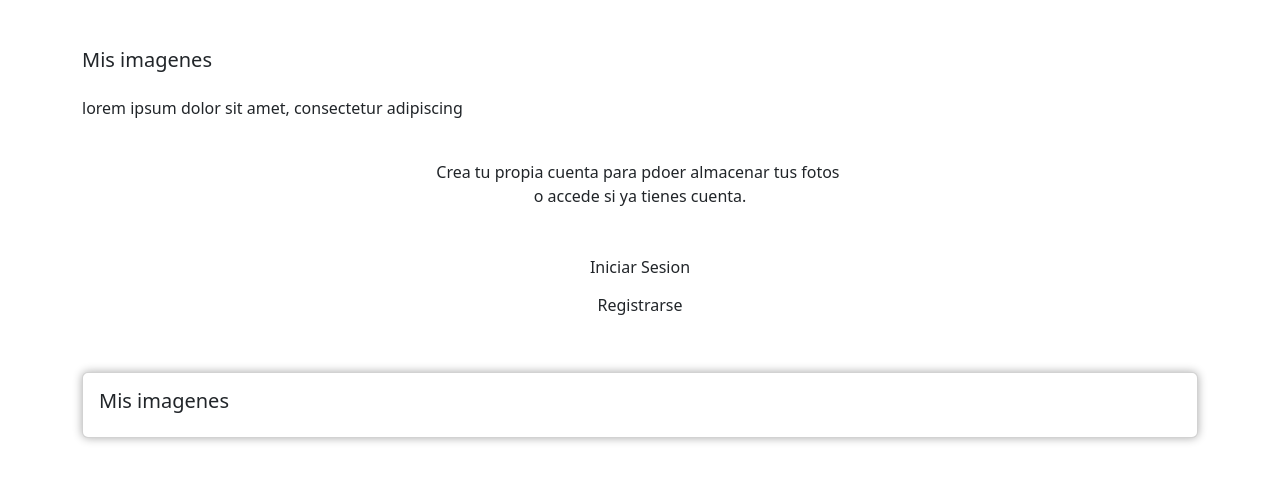
Repository: Davic1o/Fiebaseapp
Page: /
These files come from the project's save history. The page is drawn as it stood at one moment and after the next save; the edit follows.
The browser window is 1280 px wide. The pictures show the whole page.
The project was rebuilt for these pictures with package versions that can differ from the ones it lists, and the page was loaded fresh each time. The framework's server and built-in components were replaced by stand-ins that run in the browser. Also part of the build but not shown: next.config.js.

Above is the page before, as saved 2022-07-28 09:40:16.

After the next save:
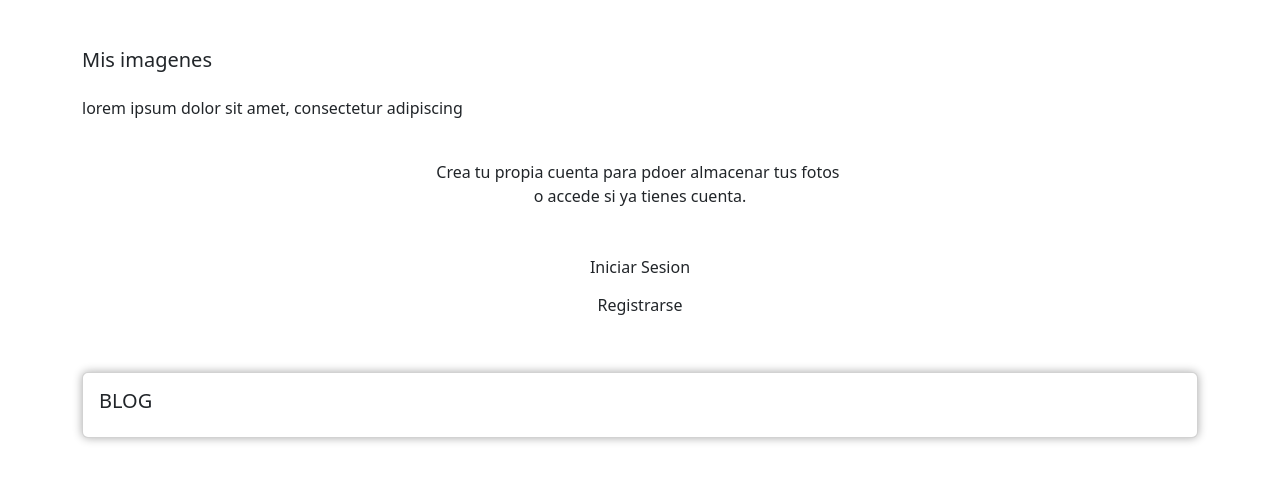
Saved 43 s later.
--- a/pages/index.js
+++ b/pages/index.js
@@ -60,7 +60,7 @@ export default function Home() {
 
       <Card body style={{ boxShadow: '0px 0px 10px 0px #00000055'}}>
       <CardTitle tag='h5'>
-        Mis imagenes
+        BLOG
       </CardTitle>
 
       </Card>
